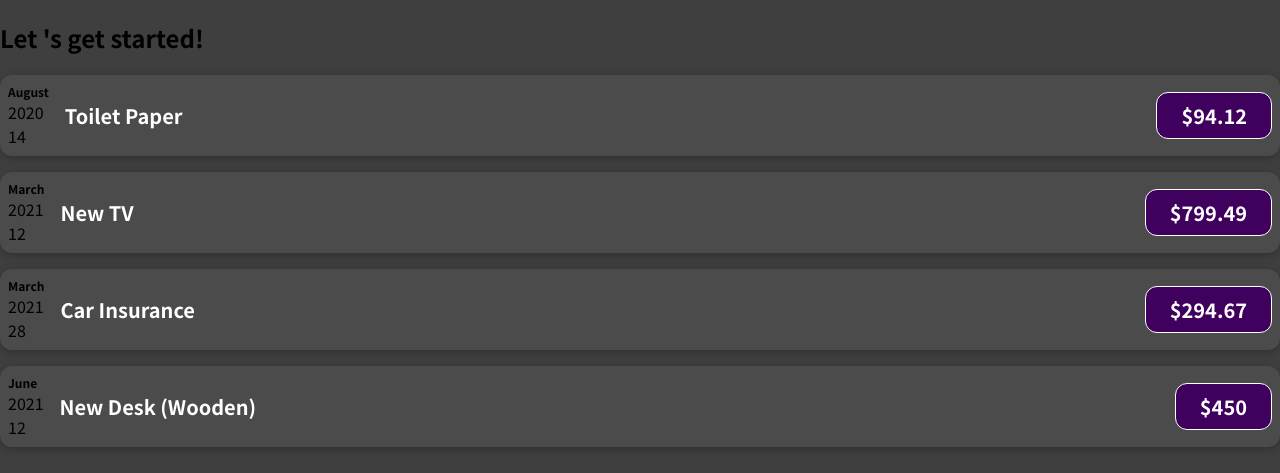
Repository: prathmeshgodbole/react-complete
Page: /
An editor plug-in stored every save of this project. The page is shown before and after the next save, followed by the edit.
The browser window is 1280 px wide. The pictures show the whole page.
The project was rebuilt for these pictures with package versions that can differ from the ones it lists, and the page was loaded fresh each time.

Above is the page before, as saved 2021-07-01 20:36:57.

After the next save:
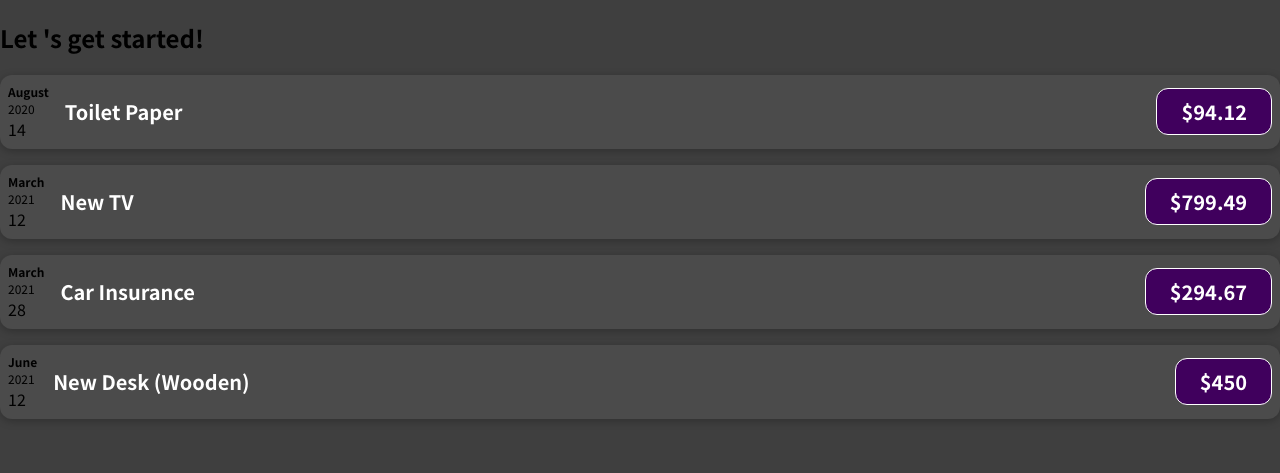
Saved 13 s later.
--- a/src/components/ExpenseDate.js
+++ b/src/components/ExpenseDate.js
@@ -7,7 +7,7 @@ function ExpenseDate(props) {
   return (
     <div>
       <div className="expense-date__month">{month}</div>
-      <div className="">{year}</div>
+      <div className="expense-date__year">{year}</div>
       <div className="">{day}</div>
     </div>
   );
